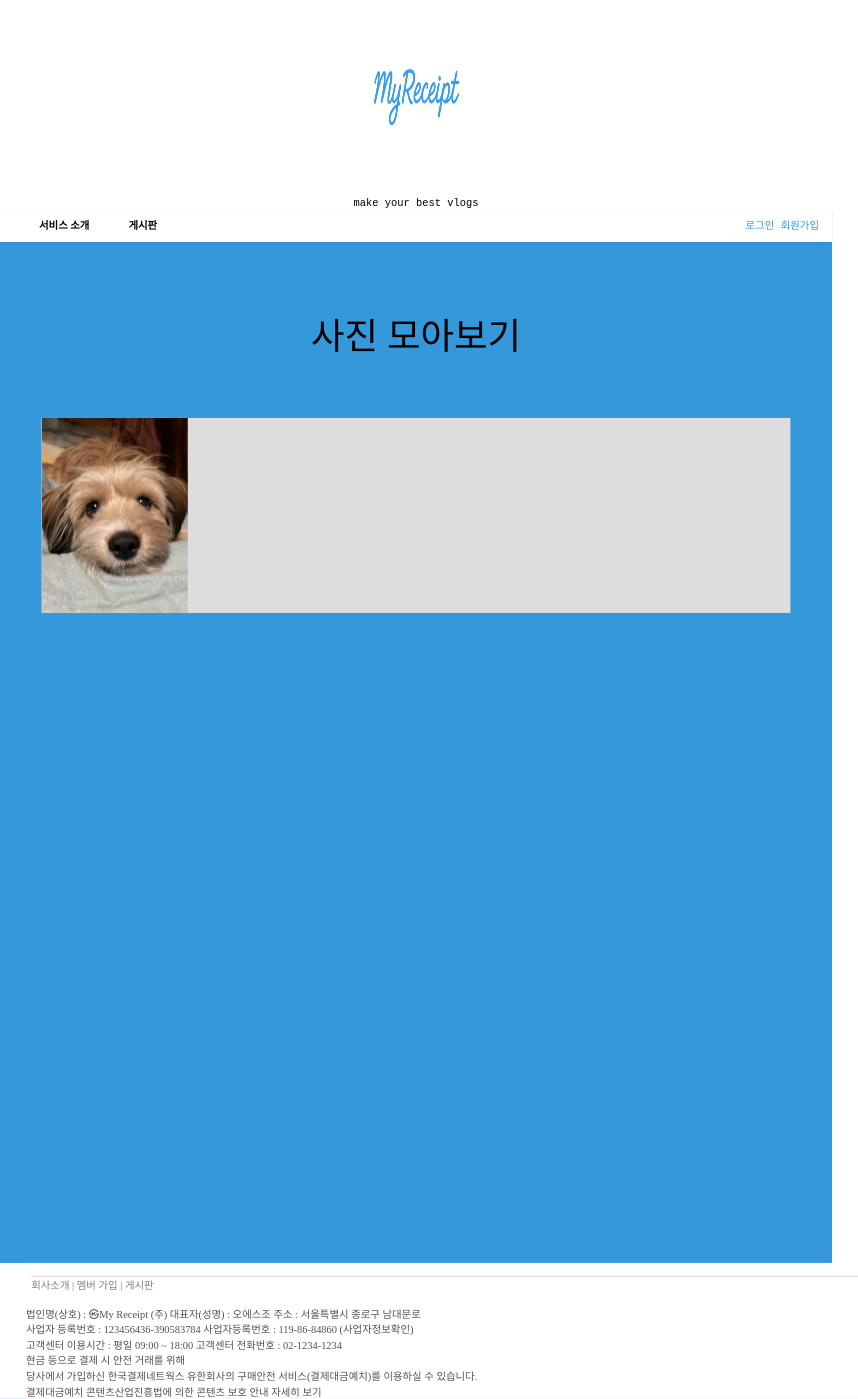
Repository: shong69/mini-project
Page: http://localhost/myReceipt2/index
An editor plug-in stored every save of this project. The page is shown before and after the next save, followed by the edit.
The browser window is 1280 px wide. The page is 1320 px wide, so the pictures cover 1320 px, including what lies to the right of the window. The pictures show the whole page, at 65% of full size.
Some web fonts or font styles are not loaded; a fallback is used. The page is served by Tomcat 10. Other server files are loaded and not shown.

Above is the page before, as saved 2025-05-07 01:40:55.

### jspProject/myReceipt2/src/main/webapp/WEB-INF/views/index.jsp
<%@ page language="java" contentType="text/html; charset=UTF-8"
    pageEncoding="UTF-8"%>
<!DOCTYPE html>
<html>
<head>
<meta charset="UTF-8">
<title>My Receipt</title>
<link rel="stylesheet" type="text/css" href="resources/css/main.css">
<link rel="stylesheet" type="text/css" href="//cdn.jsdelivr.net/npm/slick-carousel@1.8.1/slick/slick.css"/>
<style rel="stylesheet">
img{
	height:300px;
}
</style>
<script type="text/javascript" src="resources/js/jquery-3.1.1.min.js"></script>
<script type="text/javascript" src="//cdn.jsdelivr.net/npm/slick-carousel@1.8.1/slick/slick.min.js"></script>
<script type="text/javascript">
$(function(){
	$('#carousel').slick({
		  dots: false,
		  infinite: true,
		  speed: 500,
		  fade: true,
		  cssEase: 'linear',
		  prevArrow:false,
		  nextArrow:false,
		  centerMode:true
	});
});

</script>
</head>
<body>
	<jsp:include page="/WEB-INF/views/common/header.jsp"></jsp:include>
	<main>
		<div class="section-title">사진 모아보기</div>
		<!-- 캐러셀 하나 두기 -->
		<div id="carousel">
			<div><img src="resources/imgs/carousel1.jpg"></div>
			<div><img src="resources/imgs/carousel2.jpg"></div>
			<div><img src="resources/imgs/carousel3.jpg"></div>
			<div><img src="resources/imgs/carousel4.jpg"></div>
		</div>
		<div style="height:1000px;"></div>
	</main>
	<jsp:include page="/WEB-INF/views/common/footer.jsp"></jsp:include>
</body>
</html>

### jspProject/myReceipt2/src/main/webapp/WEB-INF/views/common/header.jsp
<%@ page language="java" contentType="text/html; charset=UTF-8"
    pageEncoding="UTF-8"%>
<%@ taglib prefix="c" uri="http://java.sun.com/jsp/jstl/core" %>
	<div id="header">
		<a href="/myReceipt2/index"><img src="resources/imgs/logo.png" style="width:150px;"/></a>
		<p style="font-family: 'Courier New', Courier, monospace;">make your best vlogs</p>
	</div>
	<div id="nav-bar">
		<div id="menu">
			<a href="/myReceipt2/intro">서비스 소개</a>
			<a href="/myReceipt2/board">게시판</a>
		</div>
		<div id="loginSt">
			<c:choose>
				<c:when test="${not empty sessionScope.loginMember}">
					<p>${sessionScope.loginMember.nickName}님이 로그인 중</p>
					<a href="/myReceipt2/logout">로그아웃</a>

				</c:when>
				<c:otherwise>
					<a href="/myReceipt2/login">로그인</a>
					<a href="/myReceipt2/signup">회원가입</a>
				</c:otherwise>
			</c:choose>
		</div>

	</div>

### jspProject/myReceipt2/src/main/webapp/WEB-INF/views/common/footer.jsp
<%@ page language="java" contentType="text/html; charset=UTF-8"
    pageEncoding="UTF-8"%>
	<footer class="footer">
	    <section>
	        <div class="footer-nav">
	            <a href="/">회사소개 |</a>
	            <a href="/signup">멤버 가입 |</a>
	            <a href="/">게시판</a>
	        </div>
	    </section>
	    <section>
	        <div>
	            법인명(상호) : ㉿My Receipt (주) 대표자(성명) : 오에스조 주소 : 서울특별시 종로구 남대문로 <br>
	            사업자 등록번호 : 123456436-390583784  사업자등록번호 : 119-86-84860 (사업자정보확인)<br>
	            고객센터 이용시간 : 평일 09:00 ~ 18:00  고객센터 전화번호 : 02-1234-1234
	        </div>

	        <div>
	            현금 등으로 결제 시 안전 거래를 위해<br>
	            당사에서 가입하신 한국결제네트웍스 유한회사의 구매안전 서비스(결제대금예치)를 이용하실 수 있습니다.<br>
	            결제대금예치 콘텐츠산업진흥법에 의한 콘텐츠 보호 안내 자세히 보기
	        </div>
	    </section>
	</footer>

### jspProject/myReceipt2/src/main/java/com/project/jsp/controller/IndexController.java
package com.project.jsp.controller;

import java.io.IOException;

import jakarta.servlet.ServletException;
import jakarta.servlet.http.HttpServlet;
import jakarta.servlet.http.HttpServletRequest;
import jakarta.servlet.http.HttpServletResponse;

public class IndexController extends HttpServlet{
	@Override
	protected void doGet(HttpServletRequest req, HttpServletResponse resp) throws ServletException, IOException {
        String path = req.getServletPath(); // 요청 URL 패턴을 얻음

        if ("/index".equals(path)) {
        	req.getRequestDispatcher("/WEB-INF/views/index.jsp").forward(req, resp);
        } else if ("/intro".equals(path)) {
        	req.getRequestDispatcher("/WEB-INF/views/intro.jsp").forward(req, resp);
        } else {
        	resp.sendError(HttpServletResponse.SC_NOT_FOUND);
        }
	}

}

### jspProject/myReceipt2/src/main/webapp/resources/css/main.css
* {
	box-sizing: border-box;
	padding: 0;
	margin: 0;
	font-family: 'main';
}
/* 메인 폰트 */
@font-face {
	font-family: 'main';
	src:
		url('https://fastly.jsdelivr.net/gh/Project-Noonnu/noonfonts_2107@1.1/Pretendard-Regular.woff')
		format('woff');
	font-style: normal;
	font-weight: 400;
}

/*header*/
#header {
	width: 100%;
	text-align: center;
}

#header>div:first-child {
	margin-bottom: 15px;
}

#nav-bar {
	line-height: 50px;
	height: 50px;
	position: sticky;
	top: 0;
	left: 0;
	background-color: white;
	z-index: 1000;
	box-shadow: 0 2px 5px rgba(0, 0, 0, 0.1);
	display:flex;
	flex-direction:row;
}

#loginSt {
	margin-left:auto;
	margin-right:20px;
	display:flex;
	flex-direction:row;
}

#loginSt a {
	margin-left: 10px;
	color: #3498db;
	text-decoration: none;
}

#menu {
	margin-left:40px;
	display: flex;
	gap: 20px;
}

#menu a {
	text-decoration: none;
	color: black;
	font-weight: bold;
	padding: 0 20px;
	border-radius:15px;
	position: relative;
	overflow: hidden;
	transition: background-color 0.5s ease;
}

#menu a:hover {
	background-color: #335085;
	animation-duration: 2s;
	color: whitesmoke;
}

main {
	background-color: #3498db;
	display: flex;
	flex-direction: column;
	align-items: center;
	min-height:500px;
}

.section-title {
	font-size: 3.5rem;
	margin: 100px 0 70px 0;
}

#carousel {
	width: 90%;
	height: 300px;
	background-color: #ddd;
	margin-top: 20px;
}
/*footer*/
.footer {
	background-color: white;
	width: 100%;
	height: auto;
	display: flex;
	flex-direction: column;
	padding-top: 20px;
	margin: 0 40px;
}

.footer>section:first-child {
	border-top: 1px solid #c5c5c5;
	display: flex;
	flex-direction: row;
	margin-left: 8px;
}

.footer>section a {
	color: gray;
	text-decoration: none;
}

.footer>section:nth-child(2) {
	padding-top: 20px;
	color: rgb(83, 83, 83);
}

Loaded but not shown: jspProject/myReceipt2/src/main/webapp/resources/js/jquery-3.1.1.min.js (library)

After the next save:
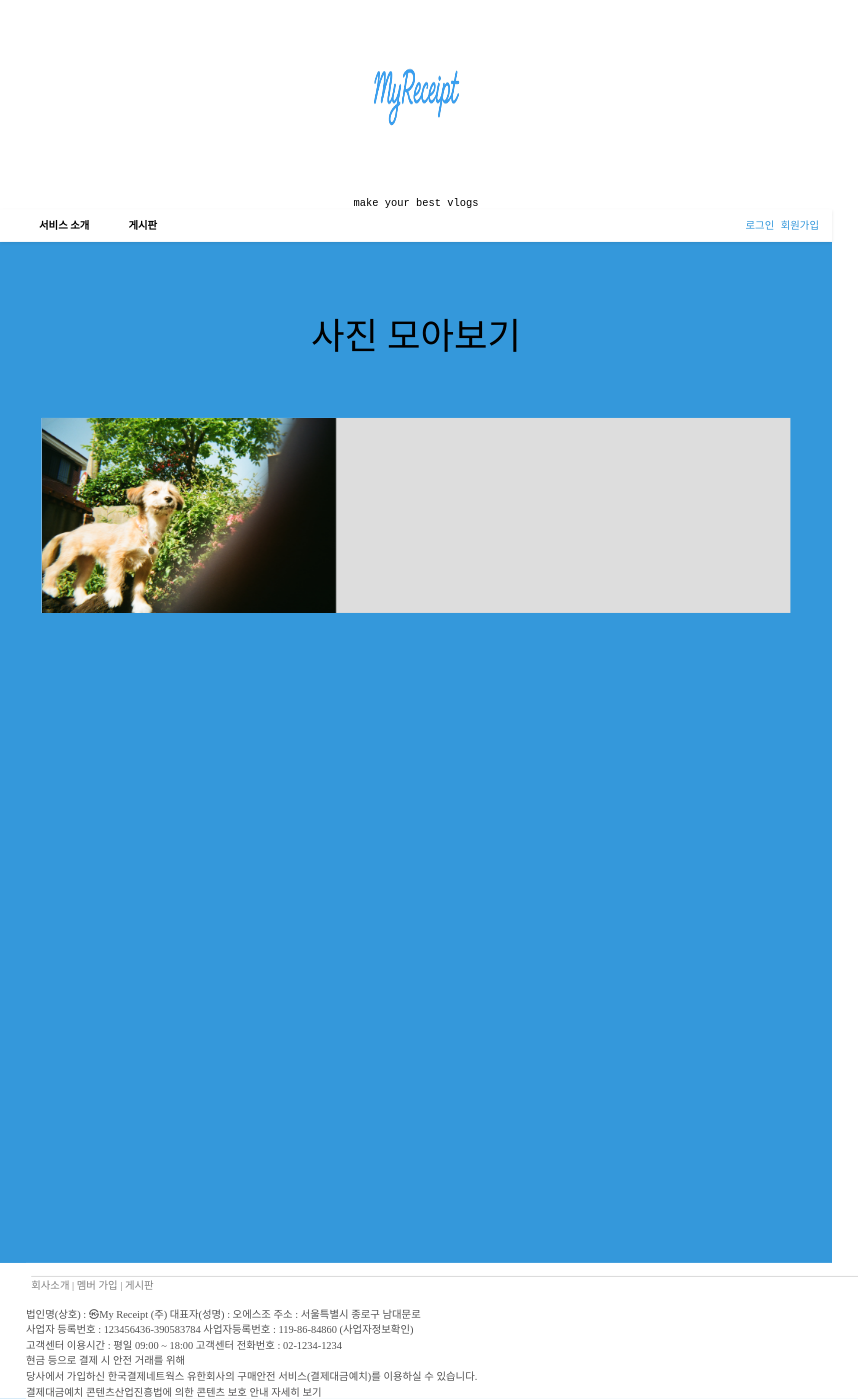
Saved 29 s later.
--- a/jspProject/myReceipt2/src/main/webapp/WEB-INF/views/index.jsp
+++ b/jspProject/myReceipt2/src/main/webapp/WEB-INF/views/index.jsp
@@ -19,6 +19,7 @@ $(function(){
 	$('#carousel').slick({
 		  dots: false,
 		  infinite: true,
+		  autoplay:true,
 		  speed: 500,
 		  fade: true,
 		  cssEase: 'linear',
